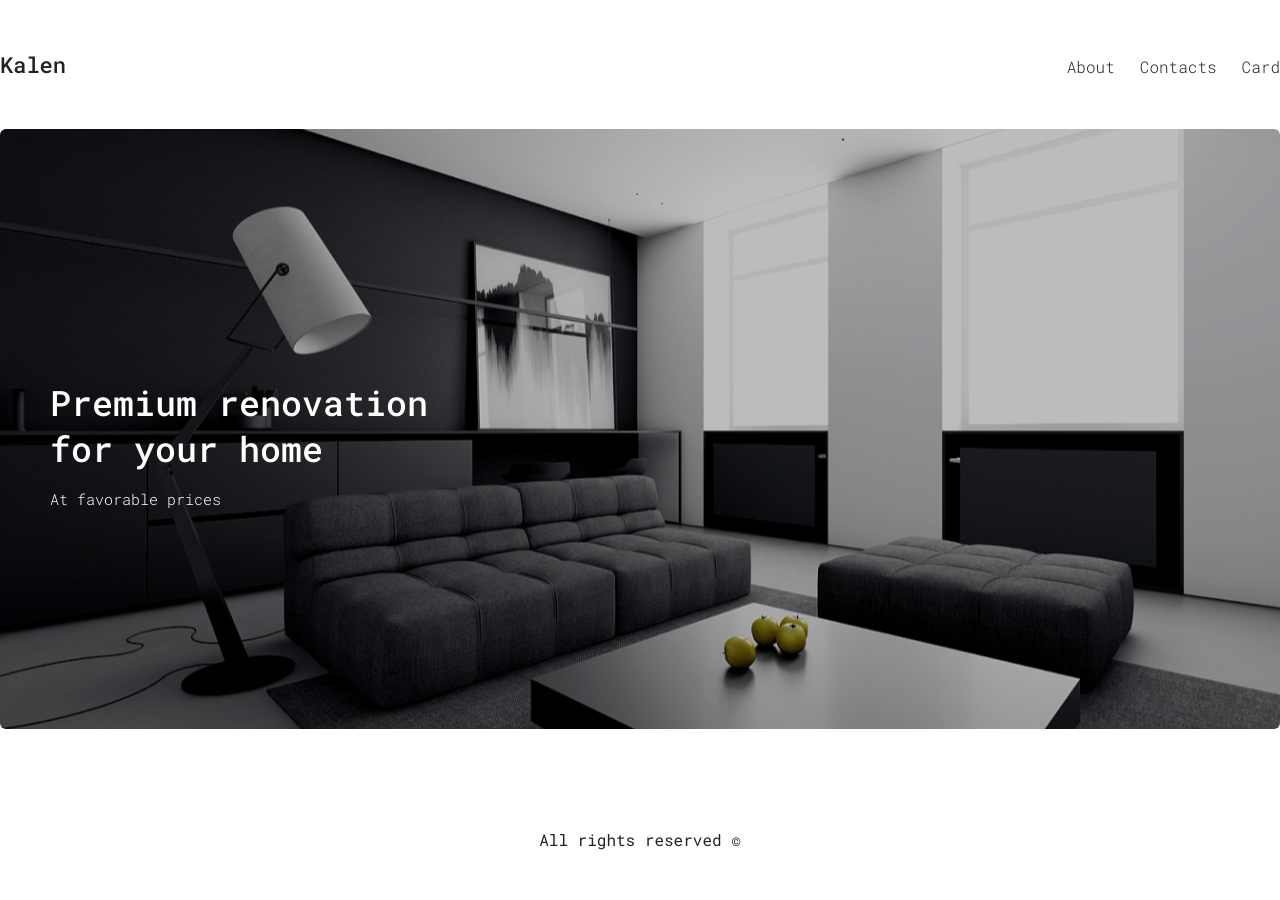
Repository: luckystar20206/e-commerce-react
Page: /
An editor plug-in stored every save of this project. The page is shown before and after the next save, followed by the edit.
The browser window is 1280 px wide. The pictures show the whole page.
The project was rebuilt for these pictures with package versions that can differ from the ones it lists, and the page was loaded fresh each time.

Above is the page before, as saved 2022-11-30 01:02:33.

After the next save:
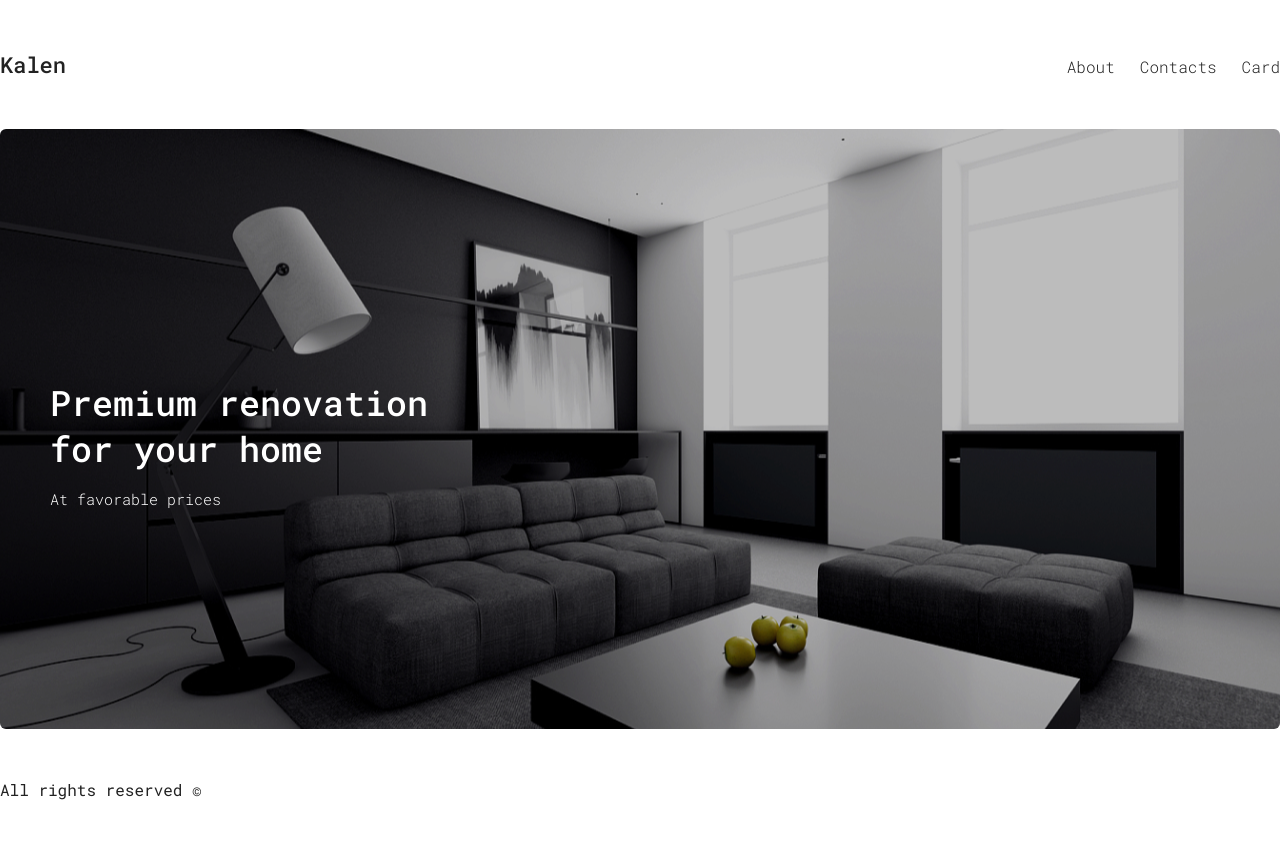
Saved 13 s later.
--- a/src/index.css
+++ b/src/index.css
@@ -71,8 +71,3 @@ body {
 	font-weight: 300;
 	color: #fff
 }
-
-footer {
-	text-align: center;
-	margin-top: 100px;
-}
